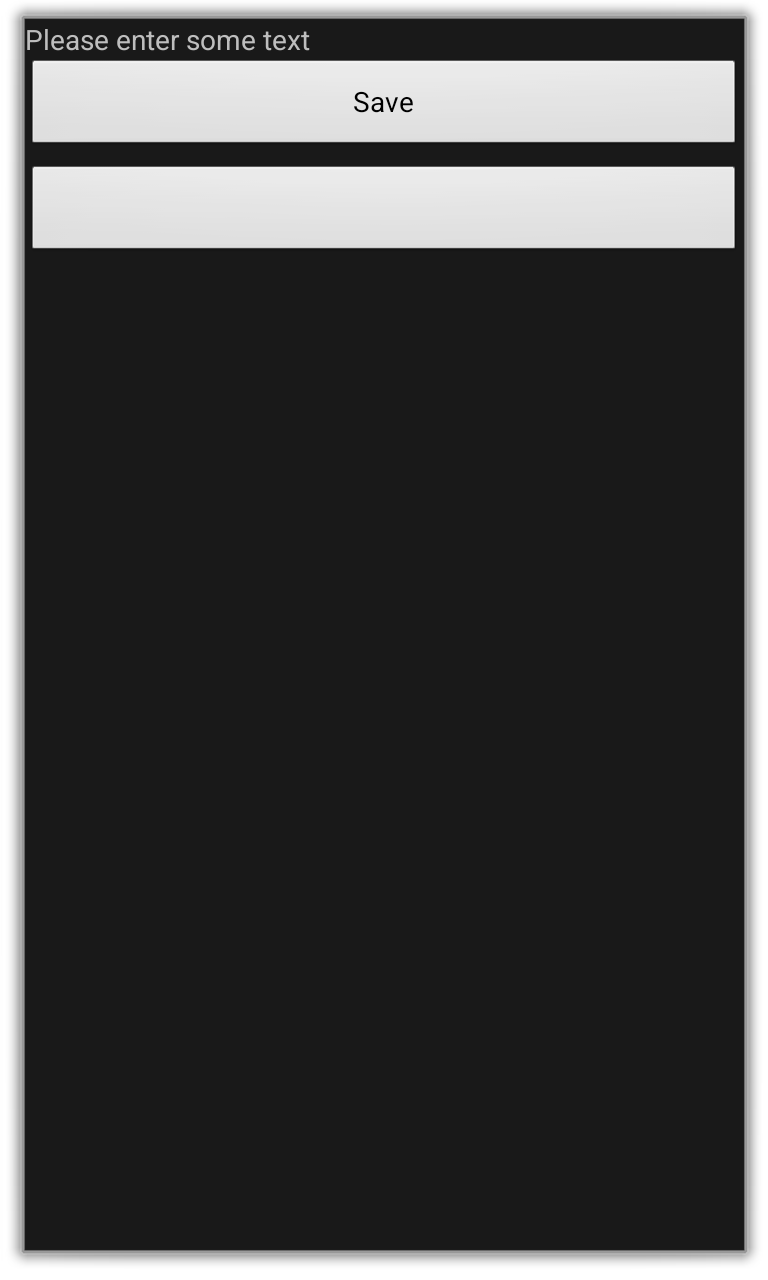
Repository: red201432/MyAndroid
Layout: HelloWorld/res/layout/file_activity.xml
These files come from the project's save history. The layout is drawn as it stood at one moment and after the next save; the edit follows.
It is drawn on a 768 x 1280 px phone screen (xhdpi) without system bars, with theme android:Theme.Dialog; the app's code is not run.

Above is the layout before, as saved 2015-09-11 02:50:24.

### HelloWorld/res/layout/file_activity.xml
<?xml version="1.0" encoding="utf-8"?>
<LinearLayout xmlns:android="http://schemas.android.com/apk/res/android"
    android:layout_width="match_parent"
    android:layout_height="match_parent"
    android:orientation="vertical" >
    <TextView
        android:layout_width="fill_parent"
        android:layout_height="wrap_content"
        android:text="Please enter some text"/>
    <EditText
        android:id="@+id/txtText1"
        android:layout_width="fill_parent"
        android:layout_height="wrap_parent"
        />
    <Button
        android:id="@+id/btnSave"
        android:text="Save"
        android:layout_width="fill_parent"
        android:layout_height="wrap_content"
        android:onClick="onClickSave"
        />
    <Button
        android:id="@+id/btnLoad"
        android:layout_width="fill_parent"
        android:layout_height="wrap_content"
        android:layout_marginTop="5dp"
        android:onClick="onClickLoad"
        />

</LinearLayout>

After the next save:
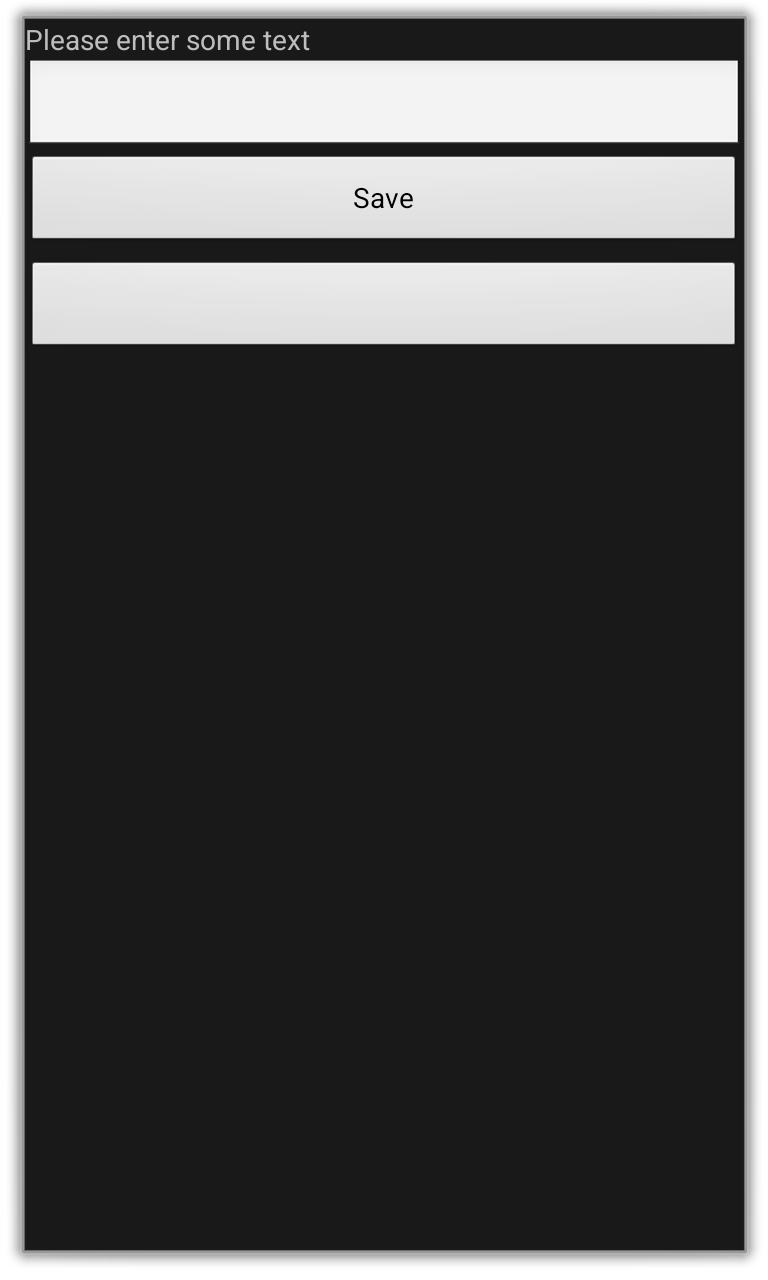
Saved 11 s later.
--- a/HelloWorld/res/layout/file_activity.xml
+++ b/HelloWorld/res/layout/file_activity.xml
@@ -10,7 +10,7 @@
     <EditText
         android:id="@+id/txtText1"
         android:layout_width="fill_parent"
-        android:layout_height="wrap_parent"
+        android:layout_height="wrap_content"
         />
     <Button
         android:id="@+id/btnSave"
